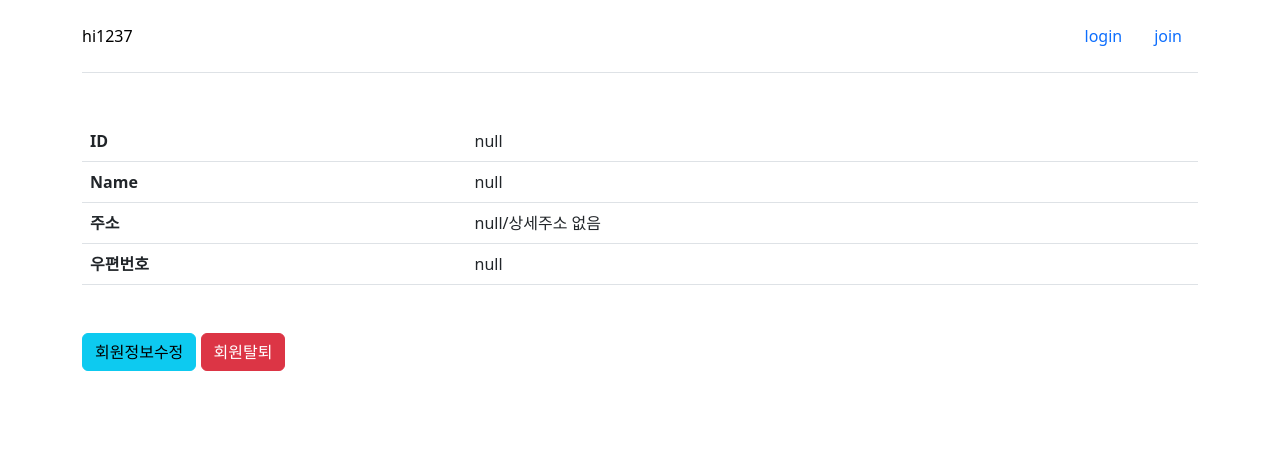
Repository: Moonsun23/jsp
Page: http://localhost/db-connect/info.jsp
The author's editor kept a copy of each file at every save. The page is drawn from the files as they stood at one save, then again after the next save.
The browser window is 1280 px wide. The pictures show the whole page.
The page is served by Tomcat 9. Queries for data that is not in the repository find no rows.

Above is the page before, as saved 2023-06-08 07:14:52.

After the next save:
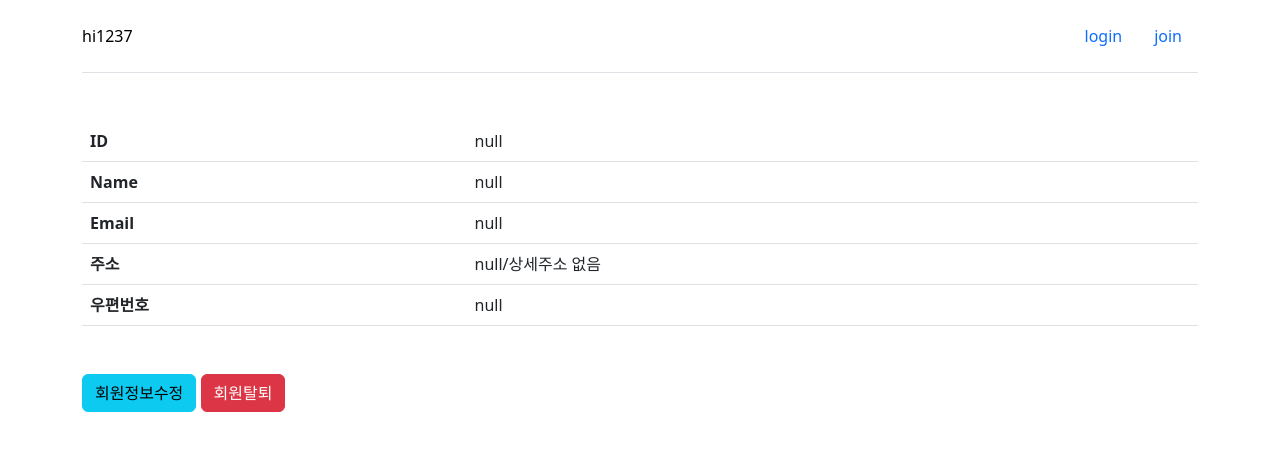
Saved 2 min 42 s later.
--- a/db-connect/src/main/webapp/info.jsp
+++ b/db-connect/src/main/webapp/info.jsp
@@ -61,6 +61,10 @@
         <td><%=name %></td>
       </tr>
       <tr>
+        <th scope="row">Email</th>
+        <td><%=email %></td>
+      </tr>
+      <tr>
         <th scope="row">주소</th>
         <td><%=address %>/<%=detailAddress %></td>
       </tr>
